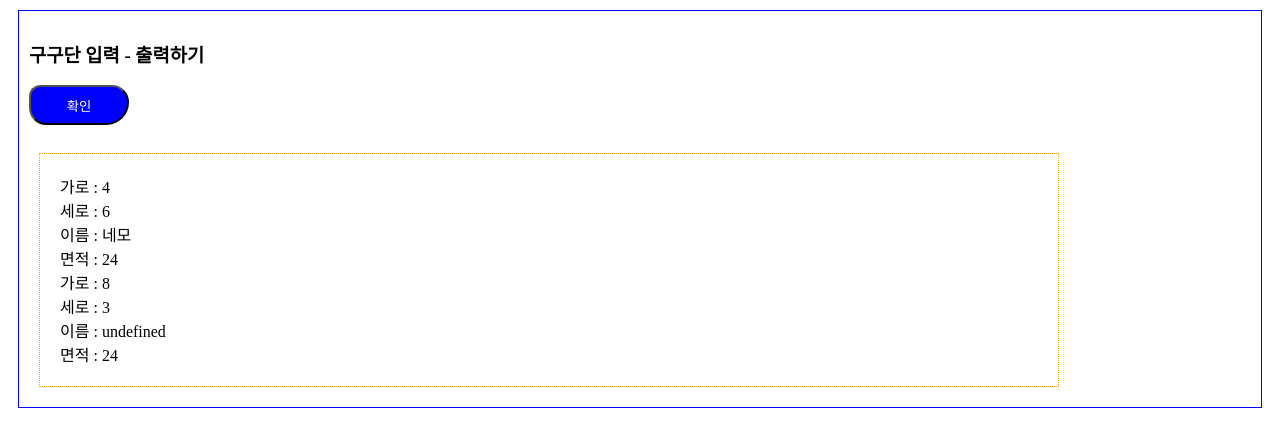
Repository: seonyeob94/BasicWeb
Page: webpro/src/main/webapp/0319/객체_생성자함수.html
These files come from the project's save history. The page is drawn as it stood at one moment and after the next save; the edit follows.
The browser window is 1280 px wide. The pictures show the whole page.
After loading, the first visible `input` was clicked once.

Above is the page before, as saved 2025-03-19 03:31:00.

### webpro/src/main/webapp/0319/객체_생성자함수.html
<!DOCTYPE html>
<html>
<head>
<meta charset="UTF-8">
<title>Insert title here</title>
<link rel="stylesheet" href="../css/public.css">

<script type="text/javascript">
//생성자 함수 -객체 선언
function Rect(garo, sero){
	this.garo = garo;
	this.sero = sero;

	this.getArea= function(){
		return this.garo*this.sero;
	}
}

const proc1 = () =>{
	const r1 = new Rect(4, 6);
	const r2 = new Rect(8, 3);
	//name속성을 추가 - r1객체에만 추가
	r1.name = "네모";
// 	area1 = r1.getArea();
// 	area2 = r2.getArea();

	console.log(r1);
	console.log(r2);

	printRect(r1, 'result1');
	printRect(r2, 'result1');
}

const printRect = (obj, out) =>{

	let str = `가로 : ${obj.garo} <br>`;
	str += `세로 : ${obj.sero}<br>`;
	str += `이름 : ${obj.name}<br>`; //obj가 r1일때만 정상적으로 출력
	str += `면적 : ${obj.getArea()}<br>`

	document.getElementById(out).innerHTML += str;
}
</script>
</head>
<body>


<div class="box">
  <h3>구구단 입력 - 출력하기</h3>

  <input type="button" value="확인" onclick="proc1()">
  <br><br>
  <div id="result1"></div>
</div>

</body>
</html>

### webpro/src/main/webapp/css/public.css
@charset "UTF-8";

form {
	background: #f1faa1;
	border: 10px solid yellow;
	padding: 20px;
}

.box{
	border : 1px solid blue;
	margin : 10px;
	padding : 10px;

}
.box input[type=button]{

	width : 100px;
	height : 40px;
	background : blue;
	color : white;
	border-radius: 40px 60px 80px;
}

.box div{
	border : 1px dotted orange;
	width : 80%;
	padding : 20px;
	margin : 10px;
}

After the next save:
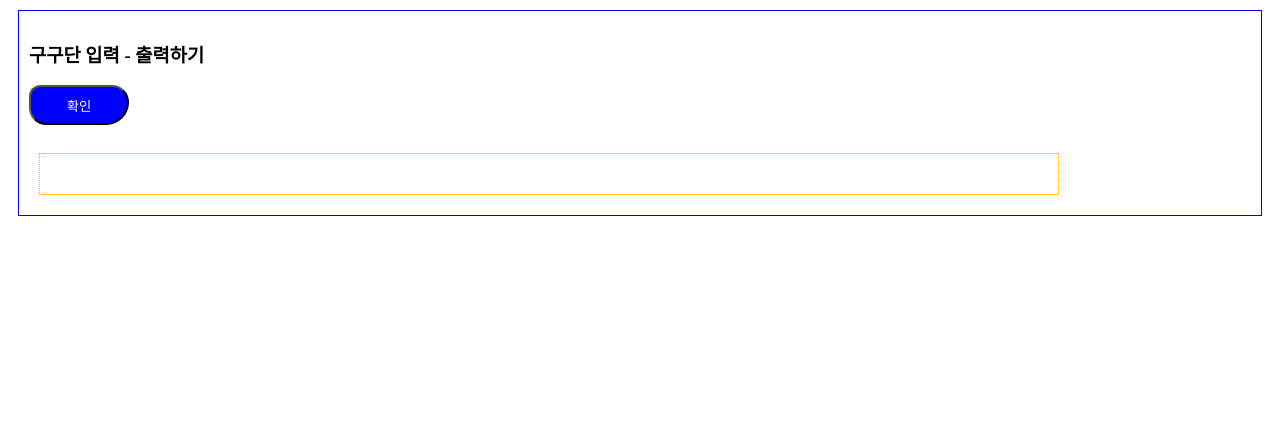
Console error: ReferenceError: Cannot access 'str' before initialization
Saved 3 min 42 s later.
--- a/webpro/src/main/webapp/0319/객체_생성자함수.html
+++ b/webpro/src/main/webapp/0319/객체_생성자함수.html
@@ -16,11 +16,15 @@ function Rect(garo, sero){
 	}
 }
 
+//name속성을 특정 객체(r1)에만 추가하지 않고
+//모든 객체가 공통으로 사용할 수 있는 속성으로 추가한다
+
 const proc1 = () =>{
 	const r1 = new Rect(4, 6);
 	const r2 = new Rect(8, 3);
-	//name속성을 추가 - r1객체에만 추가
+	/* //name속성을 추가 - r1객체에만 추가
 	r1.name = "네모";
+	*/
 // 	area1 = r1.getArea();
 // 	area2 = r2.getArea();
 
@@ -33,6 +37,10 @@ const proc1 = () =>{
 
 const printRect = (obj, out) =>{
 
+	//r1에만 name을 추가했을 경우 obj가 r1일때만 name이 정상적으로 출력
+	//name 속성을 모든 객체가 사용할 수 있는 속성으로 추가
+
+	str += `면적 : ${obj.getArea()}<br>`
 	let str = `가로 : ${obj.garo} <br>`;
 	str += `세로 : ${obj.sero}<br>`;
 	str += `이름 : ${obj.name}<br>`; //obj가 r1일때만 정상적으로 출력
